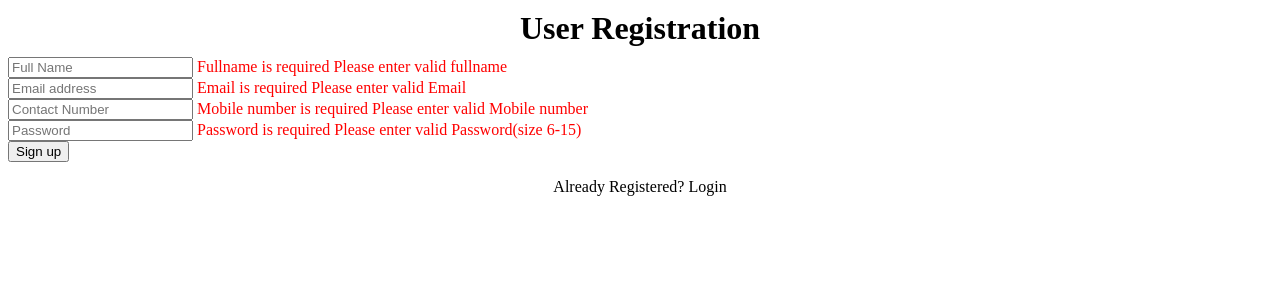
Repository: sagarpatil11/ToDo
Page: todo/src/main/webapp/templates/userregistration.html
The author's editor kept a copy of each file at every save. The page is drawn from the files as they stood at one save, then again after the next save.
The browser window is 1280 px wide. The pictures show the whole page.

Above is the page before, as saved 2017-07-21 13:43:06.

### todo/src/main/webapp/templates/userregistration.html
<div class="container">
        <div class="card card-container">

            <h1 style="text-align: center;margin:10px">User Registration</h1>

            <form name="regform" class="form-signin" method="post">

            	<div class="form-group">
            		<input type="text" name="fullname" data-ng-model="fullname" data-ng-pattern="/^[a-zA-Z ]*$/" id="fullname" class="form-control" placeholder="Full Name" required>
                	<span data-ng-show="regform.fullname.$error.required && regform.fullname.$touched" style="color: red">Fullname is required</span>
               		<span data-ng-show="regform.fullname.$error.pattern" style="color: red">Please enter valid fullname</span>
 				</div>

               	<div class="form-group">
                	<input type="email" name="email" data-ng-model="email" data-ng-pattern="/^[a-z]+[a-z0-9._]+@[a-z]+\.[a-z.]{2,5}$/" id="inputEmail" class="form-control" placeholder="Email address" required >
               		<span data-ng-show="regform.email.$error.required && regform.email.$touched" style="color: red">Email is required</span>
               		<span data-ng-show="regform.email.$error.pattern" style="color: red">Please enter valid Email</span>
               	</div>

               	<div class="form-group">
                	<input type="text" name="mobile" data-ng-model="mobile" data-ng-pattern="/^[0-9]{10}$/" id="mobile" class="form-control" placeholder="Contact Number" required >
               		<span data-ng-show="regform.mobile.$error.required && regform.mobile.$touched" style="color: red">Mobile number is required</span>
               		<span data-ng-show="regform.mobile.$error.pattern" style="color: red">Please enter valid Mobile number</span>
               	</div>

               	<div class="form-group">
               		<input type="password" name="password" data-ng-model="password" data-ng-minlength="6" data-ng-maxlength="15" id="inputPassword" class="form-control" placeholder="Password" required>
                	<span data-ng-show="regform.password.$error.required && regform.password.$touched" style="color: red">Password is required</span>
               		<span data-ng-show="regform.password.$error.minlength || regform.password.$error.maxlength" style="color: red">Please enter valid Password(size 6-15)</span>
               	</div>

                <button class="btn btn-primary btn-block btn-signup" type="submit" data-ng-disabled="regform.$invalid" data-ng-click="signUp()">Sign up</button>

            </form>

            <p style="text-align: center;">Already Registered?<a ui-sref="login"> Login</a></p>

        </div>
</div>

After the next save:
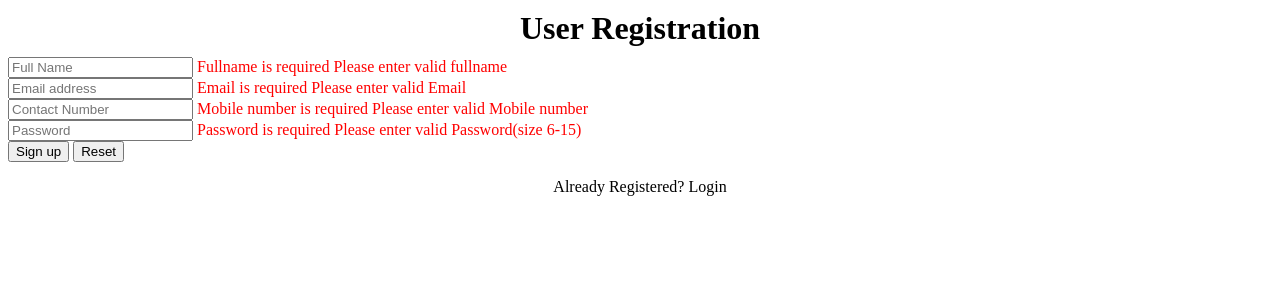
Saved 6 min 20 s later.
--- a/todo/src/main/webapp/templates/userregistration.html
+++ b/todo/src/main/webapp/templates/userregistration.html
@@ -30,6 +30,7 @@
                	</div>
 
                 <button class="btn btn-primary btn-block btn-signup" type="submit" data-ng-disabled="regform.$invalid" data-ng-click="signUp()">Sign up</button>
+                <button class="btn btn-danger btn-block " type="reset">Reset</button>
 
             </form>
 
